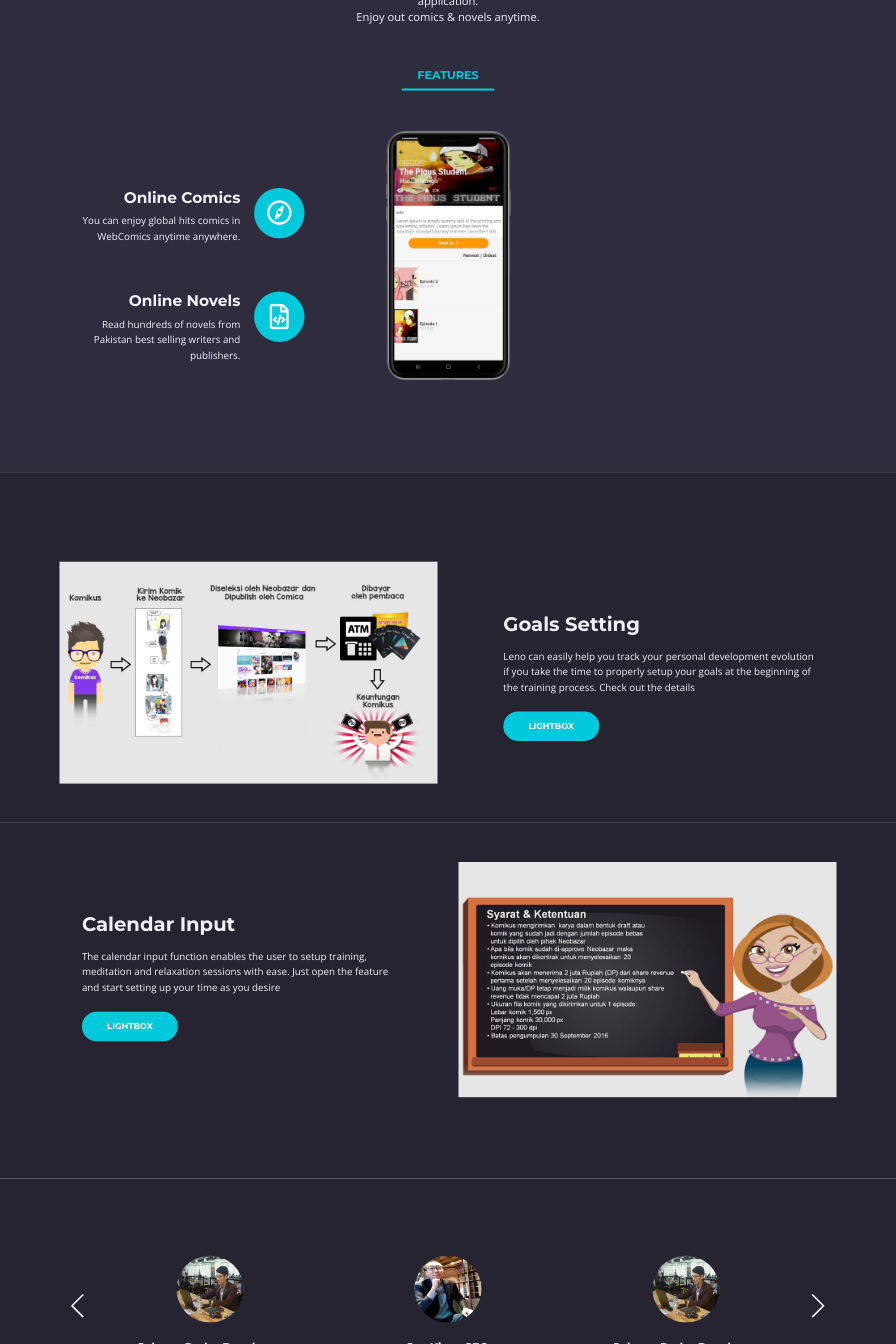
Repository: blackhat97/Homepage
Page: index.html
These files come from the project's save history. The page is drawn as it stood at one moment and after the next save; the edit follows.
The browser window is 1280 px wide. The pictures show the part of the page from y = 1089 to 3009 px (the page is 3978 px tall), at 70% of full size.

Above is the page before, as saved 2020-04-03 12:24:35.

After the next save:
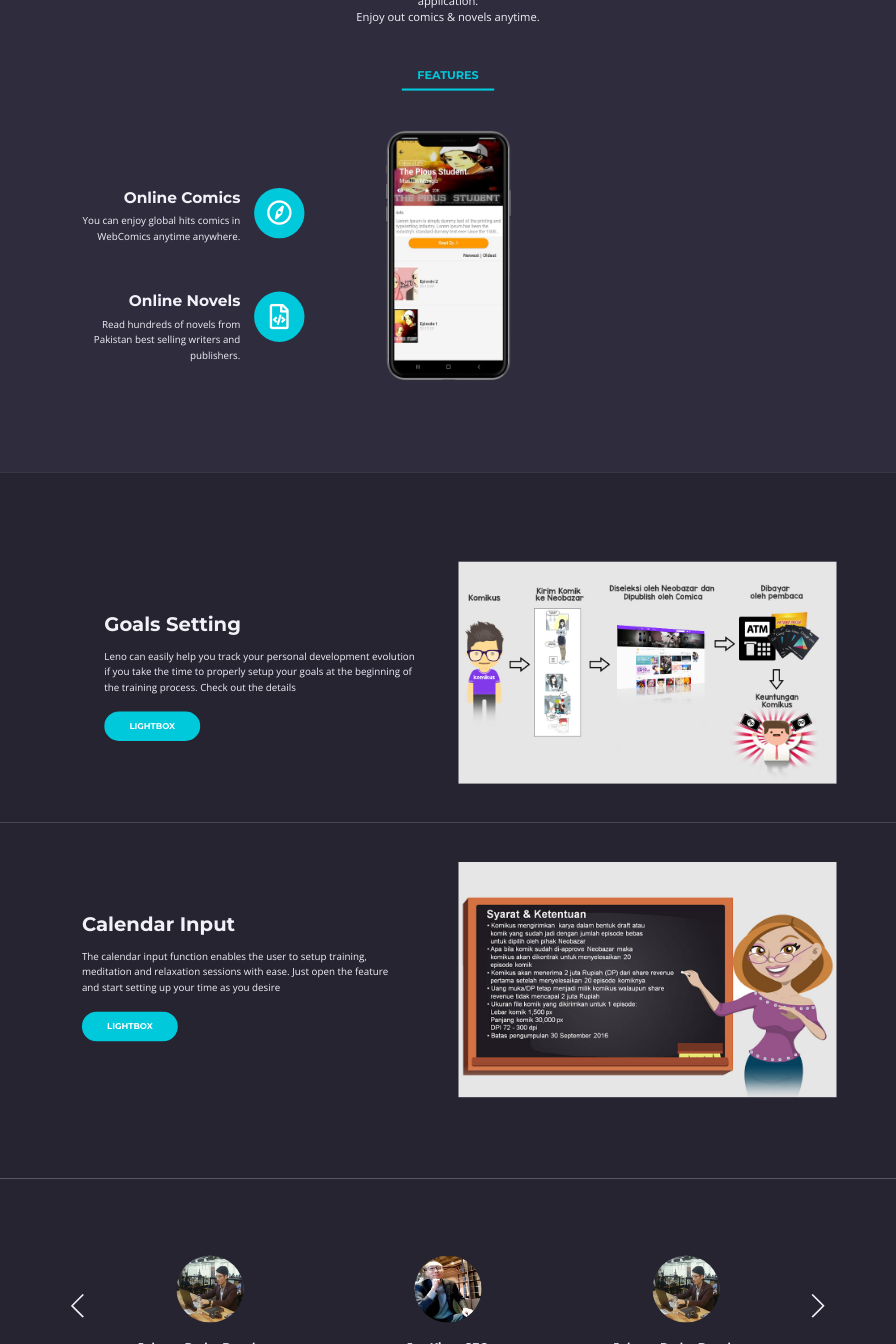
Saved 38 s later.
--- a/index.html
+++ b/index.html
@@ -221,14 +221,14 @@
         <div class="container">
             <div class="row">
                 <div class="col-lg-6">
-                    <img class="img-fluid" src="images/comica.jpg" alt="alternative">
-                </div> <!-- end of col -->
-                <div class="col-lg-6">
                     <div class="text-container">
                         <h3>Goals Setting</h3>
                         <p>Leno can easily help you track your personal development evolution if you take the time to properly setup your goals at the beginning of the training process. Check out the details</p>
                         <a class="btn-solid-reg popup-with-move-anim" href="#details-lightbox-1">LIGHTBOX</a>
                     </div> <!-- end of text-container -->
+                </div> <!-- end of col -->
+                <div class="col-lg-6">
+                    <img class="img-fluid" src="images/comica.jpg" alt="alternative">
                 </div> <!-- end of col -->
             </div> <!-- end of row -->
         </div> <!-- end of container -->
